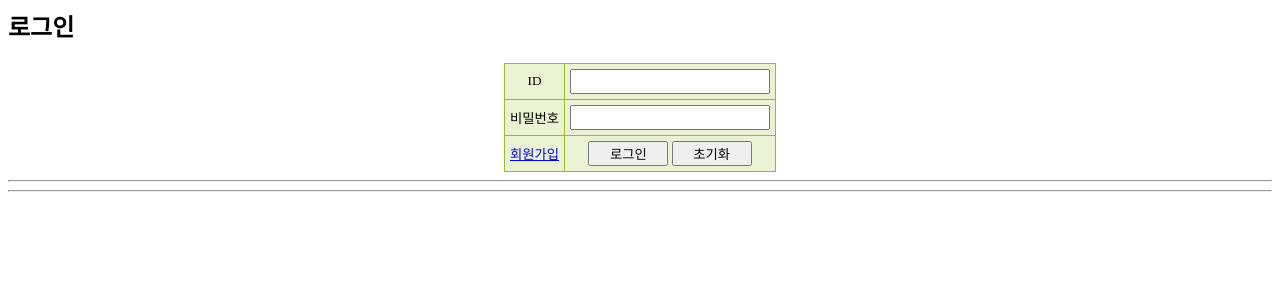
Repository: lmcoa15/Movie
Page: http://localhost/movie/user/user_login.jsp
These files come from the project's save history. The page is drawn as it stood at one moment and after the next save; the edit follows.
The browser window is 1280 px wide. The pictures show the whole page.
The page is served by Tomcat 9. Other server files are loaded and not shown.

Above is the page before, as saved 2015-12-08 12:04:28.

### workspace/movie/WebContent/user/user_login.jsp
<%@ page language="java" contentType="text/html; charset=UTF-8" pageEncoding="UTF-8"
	import="java.util.*,movie.admin.*" %>
    <link rel="stylesheet" href="../css/movie_list_css.css" type="text/css" media="screen" />
<!DOCTYPE html PUBLIC "-//W3C//DTD HTML 4.01 Transitional//EN" "http://www.w3.org/TR/html4/loose.dtd">
<html>
<head>
<meta http-equiv="Content-Type" content="text/html; charset=UTF-8">
<title>login</title>
</head>

<body>
<h2>로그인</h2>
	<form method ="post" action="membership_control.jsp" name="form1">
	<input type=hidden name="action" value="login">
	<table width="250" border="1"align="center" cellspacing="0"
												cellpadding="5">

	<tr>
		<td>ID</td>
		<td><input type="text" name="name_mem" size=10></td>
	</tr>

	<tr>
		<td>비밀번호</td>
		<td><input type="password" name="password" size=10></td>
	</tr>

	<tr>
		<td><a href="user_membership.jsp">회원가입</a></td>
		<td><input type="button" name="login_button" value="로그인" size=1>
			<input type="reset" name="initialization_button" value="초기화" size=1>
		</td>
	</tr>
</table>

<hr><hr>


</body>
</html>

### workspace/movie/WebContent/css/movie_list_css.css
@charset "utf-8";

table{
		width:auto;
		border-collapse:collapse;
		text-align:center;
}

td,th{
		font-size:10pt;
		border:1px solid #98bf21;
		height:30px;
		padding:5px;
}

th{
		background-color:#A7C942;
		color:#ffffff;
		font-family:Georgia;
}

tr td{
		color:#000000;
		background-color:#EAF2D3;
}
input {
		height:25px;
		width:200px;
}
img {
	width:70px;
	height:70px;
}
input [type="submit"],[type="reset"],[type="button"]{
	height:25px;
	width:80px;
}

After the next save:
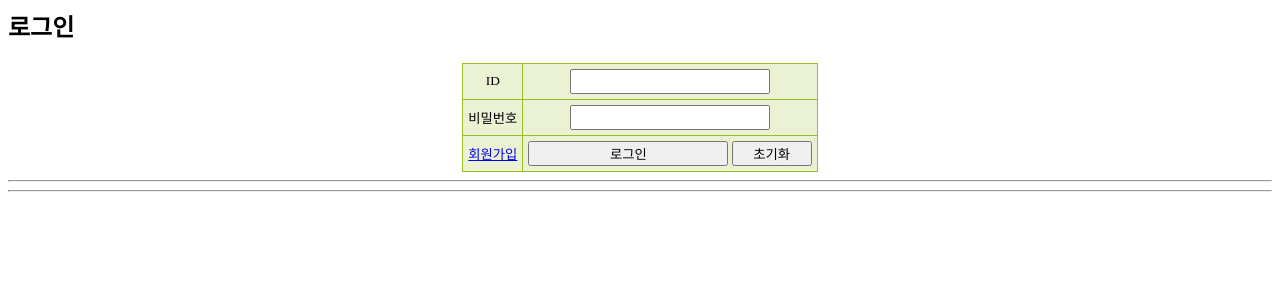
Saved 83 s later.
--- a/workspace/movie/WebContent/user/user_login.jsp
+++ b/workspace/movie/WebContent/user/user_login.jsp
@@ -27,7 +27,7 @@
 
 	<tr>
 		<td><a href="user_membership.jsp">회원가입</a></td>
-		<td><input type="button" name="login_button" value="로그인" size=1>
+		<td><input type="Submit" name="login_button" value="로그인" size=1>
 			<input type="reset" name="initialization_button" value="초기화" size=1>
 		</td>
 	</tr>
